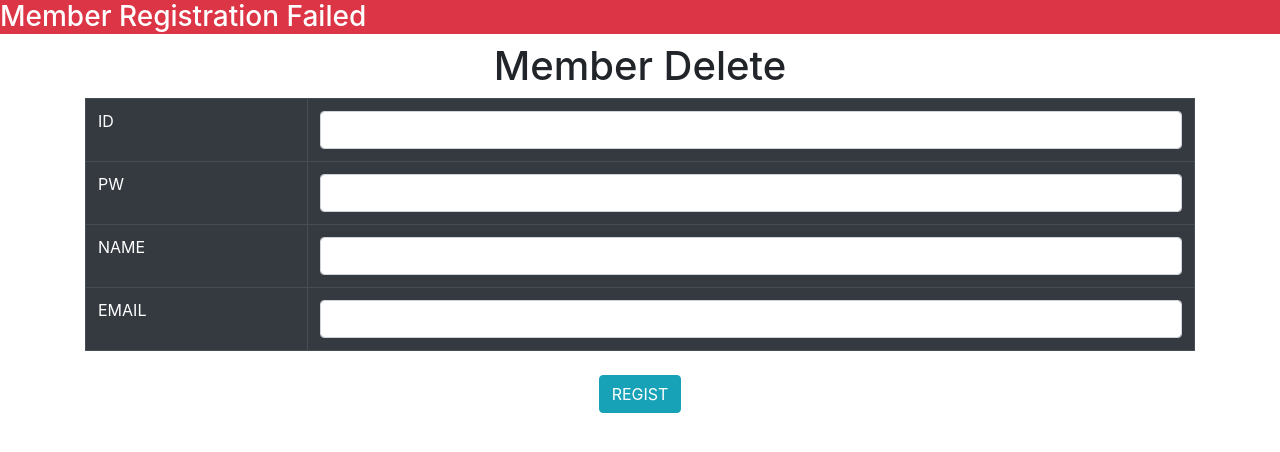
Repository: yeobleeme/06_jsp_basic
Page: http://localhost/jsp02_database/jsp01_connect/jsp04_deleteForm.jsp
The author's editor kept a copy of each file at every save. The page is drawn from the files as they stood at one save, then again after a run of saves.
The browser window is 1280 px wide. The pictures show the whole page.
The page is served by Tomcat 9. Queries for data that is not in the repository find no rows.

Above is the page before, as saved 2023-05-16 04:13:02.
Console error (its wording comes from the project's code and is left out).

After the next 2 saves:
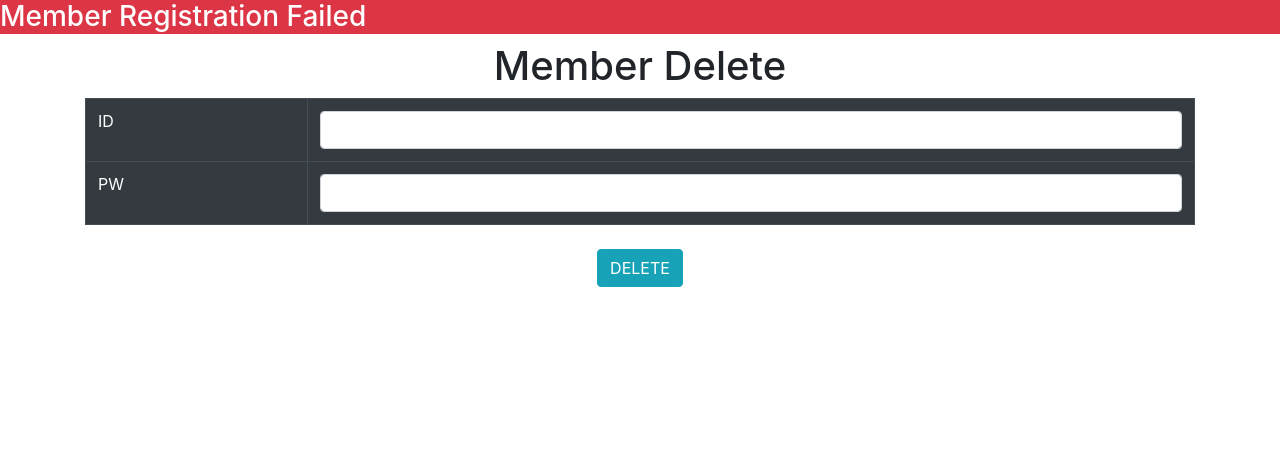
The 2 saves are shown as one change because they came seconds apart.
The last was saved 28 s later.
--- a/jsp02_database/WebContent/jsp01_connect/jsp04_deleteForm.jsp
+++ b/jsp02_database/WebContent/jsp01_connect/jsp04_deleteForm.jsp
@@ -67,16 +67,8 @@
 					<td>PW</td>
 					<td><input type="password" name="pw" class="form-control" size="30" value=""></td>
 				</tr>
-				<tr>
-					<td>NAME</td>
-					<td><input type="text" name="name" class="form-control" size="30" value=""></td>
-				</tr>
-				<tr>
-					<td>EMAIL</td>
-					<td><input type="text" name="email" class="form-control" size="30" value=""></td>
-				</tr>
 			</table>
-			<input type="submit" class="btn btn-info mt-sm-2" value="REGIST"/>
+			<input type="submit" class="btn btn-info mt-sm-2" value="DELETE"/>
 		</form>
 	</div>
 </body>
